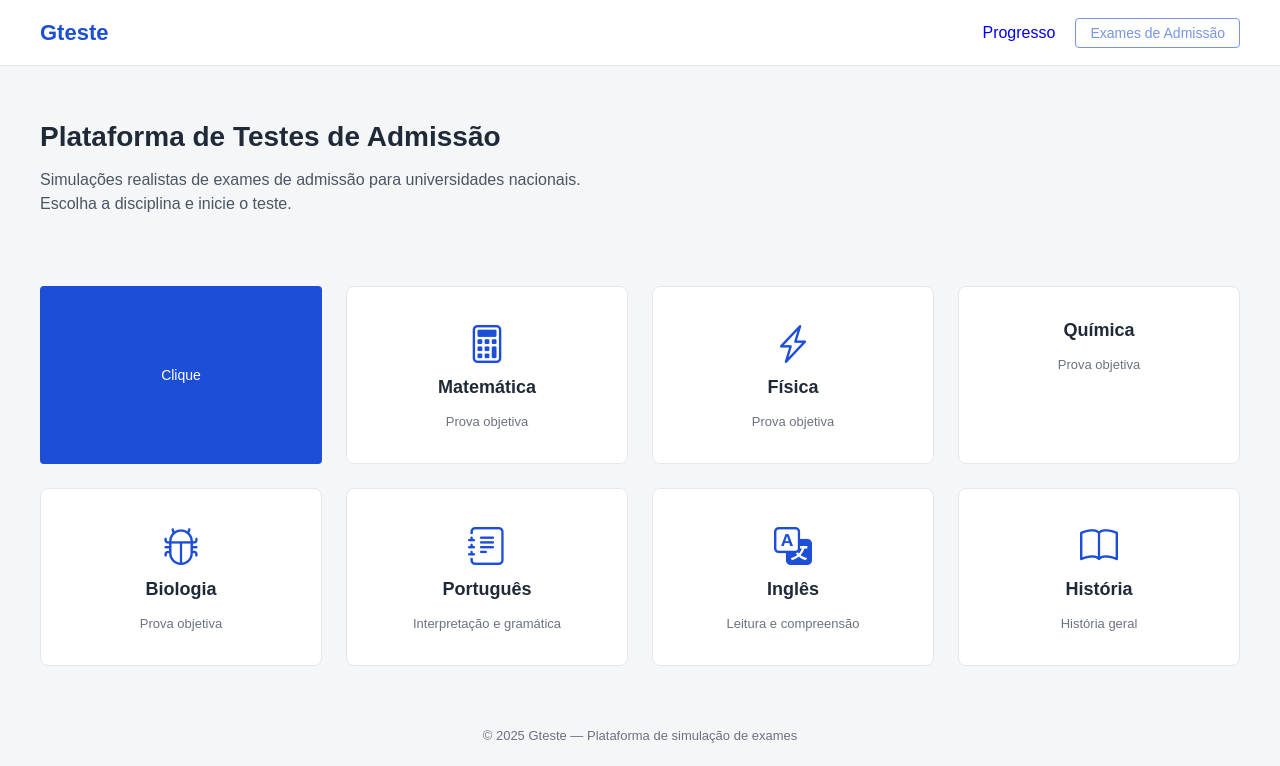
Repository: juvencio009/infratech-web
Page: index.html
An editor plug-in stored every save of this project. The page is shown before and after the next save, followed by the edit.
The browser window is 1280 px wide. The pictures show the whole page.

Above is the page before, as saved 2025-12-18 00:15:34.

### index.html
<!DOCTYPE html>
<html lang="pt">
<head>
  <meta charset="UTF-8">
  <title>Gteste | Exames de Admissão</title>

  <!-- Bootstrap Icons -->
  <link
    href="https://cdn.jsdelivr.net/npm/bootstrap-icons@1.11.3/font/bootstrap-icons.css"
    rel="stylesheet"
  >

 <link rel="stylesheet" href="css/style.css">
</head>
<body>

  <!-- HEADER -->
  <header>
    <div class="logo">Gteste</div>
    <div class="header-actions" style='display:flex;align-items:center;gap:20px;text-decoration:none;list-style:none'>
      <!-- futuro: login -->
	<li><a href='progress.html' style='text-decoration:none'>Progresso</a></li>
      <button disabled>Exames de Admissão</button>
    </div>
  </header>

  <!-- HERO -->
  <section class="hero">
    <h1>Plataforma de Testes de Admissão</h1>
    <p>
      Simulações realistas de exames de admissão para universidades nacionais.
      Escolha a disciplina e inicie o teste.
    </p>
  </section>

  <!-- DISCIPLINAS -->
  <section class="grid">
      <button onclick="alertG('Meu Deus')">Clique</button>

    <div class="card" onclick="openQuiz('maths')">
      <i class="bi bi-calculator"></i>
      <h3>Matemática</h3>
      <span>Prova objetiva</span>
    </div>

    <div class="card" onclick="openQuiz('fisica')">
      <i class="bi bi-lightning-charge"></i>
      <h3>Física</h3>
      <span>Prova objetiva</span>
    </div>

    <div class="card" onclick="openQuiz('quimica')">
      <i class="bi bi-tech"></i>
      <h3>Química</h3>
      <span>Prova objetiva</span>
    </div>

    <div class="card" onclick="openQuiz('biologia')">
      <i class="bi bi-bug"></i>
      <h3>Biologia</h3>
      <span>Prova objetiva</span>
    </div>

    <div class="card" onclick="openQuiz('portugues')">
      <i class="bi bi-journal-text"></i>
      <h3>Português</h3>
      <span>Interpretação e gramática</span>
    </div>

    <div class="card" onclick="openQuiz('ingles')">
      <i class="bi bi-translate"></i>
      <h3>Inglês</h3>
      <span>Leitura e compreensão</span>
    </div>

    <div class="card" onclick="openQuiz('historia')">
      <i class="bi bi-book"></i>
      <h3>História</h3>
      <span>História geral</span>
    </div>

  </section>

  <footer>
    © 2025 Gteste — Plataforma de simulação de exames
  </footer>

  <script>
    function openQuiz(disciplina) {
      window.location.href = `quiz.html?disciplina=${disciplina}`;
    }
  </script>
</body>
</html>

### css/style.css
/* ===============================
   RESET & BASE
================================ */

* {
  box-sizing: border-box;
  margin: 0;
  padding: 0;
  font-family: Arial, Helvetica, sans-serif;
}

body {
  background: #f4f6f8;
  color: #1f2937;
  line-height: 1.5;
}

/* ===============================
   HEADER
================================ */

header {
  background: #ffffff;
  border-bottom: 1px solid #e5e7eb;
  padding: 16px 40px;
  display: flex;
  align-items: center;
  justify-content: space-between;
}

.logo {
  font-size: 22px;
  font-weight: bold;
  color: #1d4ed8;
  cursor: pointer;
}

.header-actions button {
  background: transparent;
  border: 1px solid #1d4ed8;
  color: #1d4ed8;
  padding: 6px 14px;
  border-radius: 4px;
  cursor: pointer;
  font-size: 14px;
}

.header-actions button:disabled {
  opacity: 0.6;
  cursor: default;
}

/* ===============================
   HERO / INTRO (INDEX)
================================ */

.hero {
  padding: 50px 40px 30px;
}

.hero h1 {
  font-size: 28px;
  margin-bottom: 10px;
}

.hero p {
  color: #4b5563;
  max-width: 600px;
}

/* ===============================
   GRID DE DISCIPLINAS
================================ */

.grid {
  padding: 40px;
  display: grid;
  grid-template-columns: repeat(auto-fit, minmax(230px, 1fr));
  gap: 24px;
}

.card {
  background: #ffffff;
  border-radius: 8px;
  padding: 30px 20px;
  text-align: center;
  border: 1px solid #e5e7eb;
  cursor: pointer;
  transition: 0.2s ease;
}

.card:hover {
  transform: translateY(-4px);
  box-shadow: 0 6px 20px rgba(0, 0, 0, 0.08);
}

.card i {
  font-size: 38px;
  color: #1d4ed8;
  margin-bottom: 14px;
}

.card h3 {
  font-size: 18px;
  margin-bottom: 8px;
}

.card span {
  font-size: 13px;
  color: #6b7280;
}

/* ===============================
   MAIN (QUIZ)
================================ */

main {
  max-width: 720px;
  margin: 40px auto;
  background: #ffffff;
  border-radius: 8px;
  border: 1px solid #e5e7eb;
  padding: 30px;
}

.subtitle {
  color: #6b7280;
  margin-bottom: 20px;
  font-size: 14px;
}

/* ===============================
   INTRO DO QUIZ
================================ */

#intro ul {
  margin: 20px 0;
  padding-left: 18px;
  color: #374151;
}

#intro li {
  margin-bottom: 8px;
  font-size: 14px;
}

#intro i {
  color: #dc2626;
  margin-right: 6px;
}

/* ===============================
   BOTÕES
================================ */

button {
  background: #1d4ed8;
  color: #ffffff;
  border: none;
  padding: 10px 20px;
  border-radius: 4px;
  cursor: pointer;
  font-size: 14px;
}

button:hover {
  background: #1e40af;
}

/* ===============================
   QUESTÕES
================================ */

.question-number {
  font-size: 13px;
  color: #6b7280;
  margin-bottom: 6px;
}

.question-text {
  font-size: 17px;
  margin-bottom: 20px;
}

/* ===============================
   OPÇÕES DE RESPOSTA
================================ */

.option {
  border: 1px solid #e5e7eb;
  border-radius: 4px;
  padding: 10px 12px;
  margin-bottom: 10px;
  cursor: pointer;
  transition: 0.15s;
  display: flex;
  gap: 10px;
  align-items: center;
}

.option:hover {
  background: #f9fafb;
}

.option input {
  cursor: pointer;
}

/* ===============================
   AÇÕES
================================ */

.actions {
  margin-top: 20px;
  display: flex;
  justify-content: flex-end;
}

/* ===============================
   RESULTADO
================================ */

#resultado {
  text-align: center;
}

.score {
  font-size: 28px;
  margin: 20px 0;
  color: #1d4ed8;
}

.status {
  font-size: 16px;
  font-weight: bold;
}

/* ===============================
   FOOTER
================================ */

footer {
  text-align: center;
  padding: 20px;
  font-size: 13px;
  color: #6b7280;
}

/* ===============================
   UTILIDADES
================================ */

.hidden {
  display: none;
}

/* ===============================
   RESPONSIVO
================================ */

@media (max-width: 600px) {
  header {
    padding: 14px 20px;
  }

  .hero,
  .grid {
    padding: 20px;
  }

  main {
    margin: 20px;
    padding: 20px;
  }
}

After the next save:
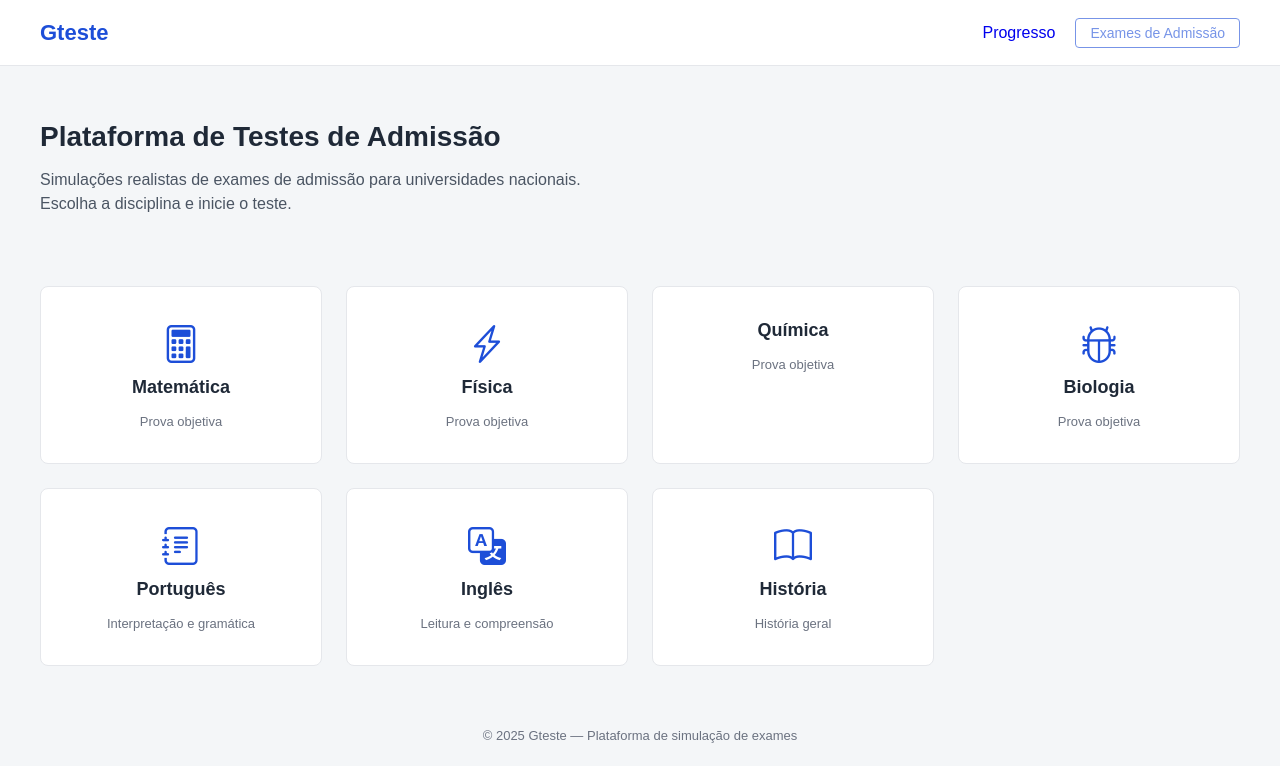
Saved 21 s later.
--- a/index.html
+++ b/index.html
@@ -35,7 +35,6 @@
 
   <!-- DISCIPLINAS -->
   <section class="grid">
-      <button onclick="alertG('Meu Deus')">Clique</button>
 
     <div class="card" onclick="openQuiz('maths')">
       <i class="bi bi-calculator"></i>
